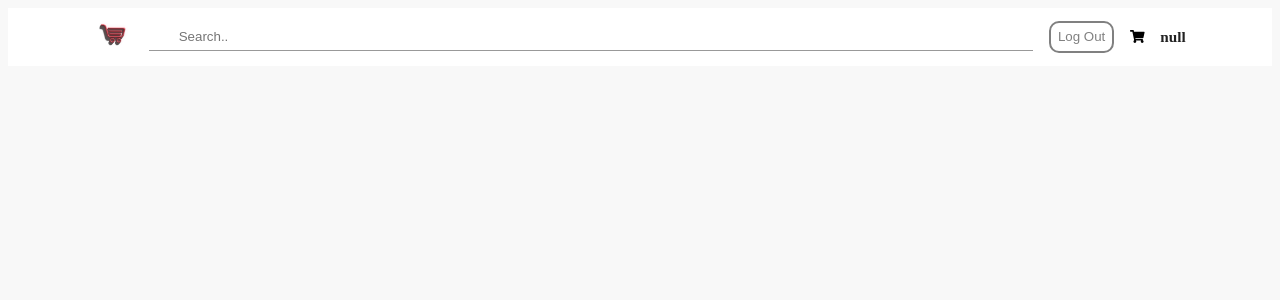
Repository: PhuongHuynh9987/Shopaholic-Ecommerce
Page: http://localhost/Shopaholic/UserServlet
An editor plug-in stored every save of this project. The page is shown before and after the next save, followed by the edit.
The browser window is 1280 px wide. The pictures show the whole page.
The page is served by Tomcat 9. Other server files are loaded and not shown. Queries for data that is not in the repository find no rows.

Above is the page before, as saved 2024-01-26 01:46:21.

### Shopaholic/src/main/webapp/WEB-INF/views/userhomepage.jsp
<%@ page language="java" contentType="text/html; charset=ISO-8859-1"
	pageEncoding="ISO-8859-1"%>
<!DOCTYPE html>
<html>
<%@page import="java.sql.*"%>
<%@ page import="java.util.*"%>
<%@ page import="shopaholicjava.*"%>

<head>
<meta charset="UTF-8">
<!-- Favicon -->
<link rel = "icon" type = "image/x-icon" href = "asset/favicon.ico"/>
<!-- Font Awesome icons (free version) -->
<script src="https://use.fontawesome.com/releases/v5.15.4/js/all.js" crossorigin = "anonymous"></script>
<!--Google fonts  -->
<link href = "https://fonts.googleapis.com/css?family=Montserrat:400,700" rel="stylesheet" type = text/css />
<!-- Core theme CSS (bootstrap) -->
<link href = "style.css" rel="stylesheet"/>
<meta charset="ISO-8859-1">
<title>User Home Page</title>
</head>
<body>
	<div class='body'>
		<div class='navbar'>
			<div class='logo'>
				<img src="images/logo.png" alt="logo">
			</div>
			<div class='searchbar'>
				<input type="text" placeholder="Search..">
			</div>

			<div class='signin'>
				<a href="LogoutServlet"><button>Log Out</button></a>
			</div>

			<div class='cart'>
	 			<form action="EditCartServlet" method="post">
				<%	String CID = (String) request.getSession().getAttribute("CID");

				%>
					<input type="hidden" name="action" value=<%=CID%> >
					<a type="submit" ><i class="fas fa-shopping-cart"></i></a>
				</form>
			</div>
			<h3><%=session.getAttribute("UserName")%></h3>

		</div>

		<div class = 'product-area'>
			<%ArrayList<Product> products = (ArrayList<Product>) request.getAttribute("productdata");
			  Iterator<Product> items = products.iterator();

			  while (items.hasNext()){
				  Product item = items.next();
			%>
				<div class='product'>
					<div class = product-top>
						<img alt="" src= "<%=item.getImg()%>" >
						 <h4><%=item.getProductName()%></h4>
					</div>

					<div class = product-bottom>
						<div>
							<form action="AddToCartServlet" method="post">
								<input type="hidden" name="action" value= "AddToCart">
								<button type="submit" name="add" value = <%=item.getPID()%> >Add to Cart</button>
							</form>
							<%--
							 <form action="" method="post">
							 	<input type="hidden" name="action" value=<%=item.getPID()%>>
								<button type="submit">View</button>
							</form>  --%>

						</div>
						 <h3>$<%=item.getPrice()%></h3>
					</div>
				</div>
			<%}%>
			</div>


		<%-- <div align=center>
			<h1>Welcome, <%=request.getAttribute("UserName")%> to Shopaholic Home Page!</h1>
			<h2>Products Available</h2>
			<table border="1" width="500" align="center">
				<th>Product ID</th>
				<th>Product Name</th>
				<th>ProductType</th>
				<th>Price</th>
				<th>Add</th>

				<%
			ArrayList<Product> products = (ArrayList<Product>) request.getAttribute("productdata");
				for (Product p: products) {
			%>
				<tr>
					<td><%=p.getPID()%></td>
					<td><%=p.getProductName()%></td>
					<td><%=p.getProductType()%></td>
					<td>$<%=p.getPrice()%></td>
					<td><a
						href="AddToCartServlet?pid=<%=p.getPID()%>&productname=<%=p.getProductName()%>&price=<%=p.getPrice()%>">Add</a></td>

				</tr>
				<%
			}%>
			</table>
			<h3>
				<a href="ReviewServlet">Go to Reviews</a>
			</h3>
			<h3>
				<a href="EditCartServlet">Go to Cart</a>
			</h3>
		</div> --%>

	</div>
</body>
</html>

### Shopaholic/src/main/java/servlets/UserServlet.java
package servlets;
import shopaholicjava.*;

import java.io.IOException;
import java.sql.Blob;
import java.sql.Connection;
import java.sql.DriverManager;
import java.sql.PreparedStatement;
import java.sql.ResultSet;
import java.sql.SQLException;
import java.sql.Statement;
import java.util.ArrayList;
import java.util.Base64;

import javax.servlet.RequestDispatcher;
import javax.servlet.ServletException;
import javax.servlet.http.HttpServlet;
import javax.servlet.http.HttpServletRequest;
import javax.servlet.http.HttpServletResponse;
import javax.servlet.http.Part;

/**
 * Servlet implementation class UserServlet
 */
public class UserServlet extends HttpServlet {
	private static final long serialVersionUID = 1L;

    /**
     * @see HttpServlet#HttpServlet()
     */
    public UserServlet() {
        super();
    }

	/**
	 * @see HttpServlet#doPost(HttpServletRequest request, HttpServletResponse response)
	 */
	protected void doGet(HttpServletRequest request, HttpServletResponse response) throws ServletException, IOException {
		viewAllProduct(request, response);
	}

	protected void doPost(HttpServletRequest request, HttpServletResponse response) throws ServletException, IOException {
		String action = request.getParameter("action");


		if(action.equals("addReview")) {
			addReview(request,response);
		}
		else if(action.equals("review")) {
			addingReview(request,response);
		}

		else {
			viewAproduct(request,response);
		}
	}

	private void addingReview(HttpServletRequest request, HttpServletResponse response) throws ServletException, IOException {
		String PID = request.getParameter("PID");
		String description = request.getParameter("description");
		String UserName = (String) request.getAttribute("UserName");
		String ProductName = (String) request.getAttribute("ProductName");

		String query = "Insert Into Reviews "
				+ "(PID,Author,ProductName, ReviewDescription) values (?,?,?,?)";

		try (Connection con = DatabaseConnection.getConnection();
				PreparedStatement insert = con.prepareStatement(query);
				PreparedStatement getReviewId =
						con.prepareStatement("Select RID WHERE (PID = ? AND Author = ? AND ProductName = ? AND ReviewDescription = ?); ");){

				insert.setString(1, PID);
				insert.setString(2, UserName);
				insert.setString(3, ProductName);
				insert.setString(4, description);

				insert.executeUpdate();

				ResultSet rs = null;
				Review review = new Review();

				getReviewId.setString(1, PID);
				getReviewId.setString(2, UserName);
				getReviewId.setString(3, ProductName);
				getReviewId.setString(4, description);

				rs = getReviewId.executeQuery();


				while(rs.next()) {
					String RID = rs.getString("RID");
					rs.setRID(RID);


				}

//				request.setAttribute("RID",PID);
//				request.setAttribute("ProductName",product.getProductName());
//				request.setAttribute("ProductType", product.getProductType());
//				request.setAttribute("price", product.getPrice());
//				request.setAttribute("Img", product.getImg());
//				request.setAttribute("product", product);


				RequestDispatcher rd = request.getRequestDispatcher("/WEB-INF/views/review.jsp");
			    rd.forward(request, response);

		}catch (SQLException e) {
			e.printStackTrace();
		}
	}

	private void addReview(HttpServletRequest request, HttpServletResponse response) throws ServletException, IOException {
		String PID = request.getParameter("PID");

		try (Connection con = DatabaseConnection.getConnection();
			PreparedStatement s = con.prepareStatement("SELECT * FROM Products where PID = ?");){

			s.setString(1, PID);
			ResultSet resultSet = s.executeQuery();
			Product product = new Product();

			while(resultSet.next()) {

				String ProductName = resultSet.getString("ProductName");
				String price = resultSet.getString("Price");
				Float Price = Float.valueOf(price);
				String ProductType = resultSet.getString("ProductType");
				String Img = resultSet.getString("Img");

				product.setPID(PID);
				product.setProductName(ProductName);
				product.setProductType(ProductType);
				product.setPrice(Price);
				product.setImg(Img);

			}

			request.setAttribute("PID",PID);
			request.setAttribute("ProductName",product.getProductName());
			request.setAttribute("ProductType", product.getProductType());
			request.setAttribute("price", product.getPrice());
			request.setAttribute("Img", product.getImg());
			request.setAttribute("product", product);


			RequestDispatcher rd = request.getRequestDispatcher("/WEB-INF/views/review.jsp");
		    rd.forward(request, response);

//		String RID = request.getParameter("RID");
//      	String PID = request.getParameter("PID");
//      	String Author = request.getParameter("Author");
//        String ProductName = request.getParameter("ProductName");
//        String Description = request.getParameter("Description");
//        String Star = request.getParameter("Star");
//
//        try (Connection con = DatabaseConnection.getConnection();) {
//            // Insert the new product into the Products table
//            String insertQuery = "INSERT INTO Reviews (RID, PID, Author, ProductName, ReviewDescription, Stars) VALUES (?, ?, ?, ?, ?, ?)";
//            try (PreparedStatement insertStatement = con.prepareStatement(insertQuery)) {
//            	insertStatement.setString(1, RID);
//                insertStatement.setString(2, PID);
//                insertStatement.setString(3, Author);
//                insertStatement.setString(4, ProductName);
//                insertStatement.setString(5, Description);
//                insertStatement.setString(6, Star);
//                insertStatement.executeUpdate();
//
//                // Get the auto-generated product ID
////                ResultSet generatedKeys = insertStatement.getGeneratedKeys();
////                int productId = -1;
////                if (generatedKeys.next()) {
////                    productId = generatedKeys.getInt(1);
////                }
//            }
//            catch (SQLException e) {
//            	RequestDispatcher dispatcher = request.getRequestDispatcher("/WEB-INF/views/addreviewerror.jsp");
//    			dispatcher.forward(request, response);
//            }
//
//		response.sendRedirect("ReviewServlet");
//        }
//        catch (SQLException e) {
//        	RequestDispatcher dispatcher = request.getRequestDispatcher("/WEB-INF/views/addreviewerror.jsp");
//			dispatcher.forward(request, response);
//        }

		}catch (SQLException e) {
			e.printStackTrace();
		}
	}

	private void viewAproduct(HttpServletRequest request, HttpServletResponse response) throws ServletException, IOException {
		String PID = request.getParameter("action");

		try (Connection con = DatabaseConnection.getConnection();
				PreparedStatement s = con.prepareStatement("SELECT * FROM Products where PID = ?");){

			s.setString(1, PID);
			ResultSet resultSet = s.executeQuery();
			Product product = new Product();

			while(resultSet.next()) {

				String ProductName = resultSet.getString("ProductName");
				String price = resultSet.getString("Price");
				Float Price = Float.valueOf(price);
				String ProductType = resultSet.getString("ProductType");
				String Img = resultSet.getString("Img");

				product.setPID(PID);
				product.setProductName(ProductName);
				product.setProductType(ProductType);
				product.setPrice(Price);
				product.setImg(Img);

			}

			request.setAttribute("PID",PID);
			request.setAttribute("ProductName",product.getProductName());
			request.setAttribute("ProductType", product.getProductType());
			request.setAttribute("price", product.getPrice());
			request.setAttribute("Img", product.getImg());
			request.setAttribute("product", product);


			RequestDispatcher rd = request.getRequestDispatcher("/WEB-INF/views/viewproductinfo.jsp");
		    rd.forward(request, response);

		}
		catch (SQLException e) {
			e.printStackTrace();
		}
	}

	private void viewAllProduct(HttpServletRequest request, HttpServletResponse response) throws ServletException, IOException {
		String UID = (String) request.getSession().getAttribute("UID");
		String UserName = (String) request.getSession().getAttribute("UserName");
		String CID = (String) request.getSession().getAttribute("CID");

		try {
			ArrayList<Product> products = new ArrayList<Product>();
			try (Connection con = DatabaseConnection.getConnection();
					Statement s = con.createStatement();
					ResultSet resultSet = s.executeQuery("SELECT * FROM Products");){

				if(resultSet.equals(null)) {
					System.out.println("resultSet is null");
				}

				while(resultSet.next()) {
					Product product = new Product();
					String PID = resultSet.getString("PID");
					String ProductName = resultSet.getString("ProductName");
					String price = resultSet.getString("Price");
					Float Price = Float.valueOf(price);
					String ProductType = resultSet.getString("ProductType");
					String Img = resultSet.getString("Img");

					product.setPID(PID);
					product.setProductName(ProductName);
					product.setProductType(ProductType);
					product.setPrice(Price);
					product.setImg(Img);
					products.add(product);

				}

				request.setAttribute("UID", UID);
				request.setAttribute("UserName", UserName);
				request.setAttribute("CID", CID);
				request.setAttribute("productdata", products);

				RequestDispatcher rd = request.getRequestDispatcher("/WEB-INF/views/userhomepage.jsp");
				rd.forward(request, response);
			}
		}
		catch (SQLException e) {
			e.printStackTrace();
		}

	}


}

### Shopaholic/src/main/java/shopaholicjava/DatabaseConnection.java
package shopaholicjava;

import java.sql.Connection;
import java.sql.DriverManager;
import java.sql.SQLException;

public class DatabaseConnection {

    private static final String DB_URL = "jdbc:mysql://localhost:3306/shopaholic";
    private static final String DB_USERNAME = "root";
    private static final String DB_PASSWORD = "";

    private static Connection connection;

    /**
     * Establishes a database connection.
     *
     * @return The Connection object representing the database connection.
     * @throws SQLException If a database access error occurs.
     */
    public static Connection getConnection() throws SQLException {
        if (connection == null || connection.isClosed()) {
            try {
                // Load the MySQL JDBC driver
                Class.forName("com.mysql.cj.jdbc.Driver");
                // Create a new connection using the DriverManager
                connection = DriverManager.getConnection(DB_URL, DB_USERNAME, DB_PASSWORD);
            } catch (ClassNotFoundException e) {
                e.printStackTrace();
            }
        }
        return connection;
    }

    /**
     * Closes the database connection.
     *
     * @throws SQLException If a database access error occurs.
     */
    public static void closeConnection() throws SQLException {
        if (connection != null && !connection.isClosed()) {
            connection.close();
        }
    }
}

### Shopaholic/src/main/webapp/style.css
@charset "UTF-8";

/* input, select, textarea {
  outline: none;
  appearance: unset !important;
  -moz-appearance: unset !important;
  -webkit-appearance: unset !important;
  -o-appearance: unset !important;
  -ms-appearance: unset !important; } */


 /* Global */
html {
	box-sizing: border-box;
	margin: 0;
	padding:0;
	width:100%;
}

a{
  color : black;
}


button {
   padding: 0.4rem;
   border: 2px solid grey;
   background: #fff;
   color: grey;
   border-radius: 10px;
  }

figure {
  margin-bottom: 50px;
  text-align: center; }

img {
  max-width: 100%;
  height: auto; }


.main {
  padding: 50px 0;
}

body {
  font-size: 13px;
  line-height: 1.8;
  color: #222;
  background: #f8f8f8;
  font-weight: 400;
  font-family: Poppins;
  }

 input, select, textarea {
  	outline: none;
  }




  /* Nav Bar */
 .navbar {
  display: flex;
  background: #fff;
  gap: 1rem;
  justify-content: center;
  align-items: center;
  width:100%;
 }

 .logo img {
 	width: 2.4rem;
 	margin:0;
 	padding:0;
 }

 .logo {
  overflow: fit-content;
 }

 .searchbar {
  width: 70%;
 }



  /* Body for sign up and log in*/
 .container {
 	width: 900px;
 	background: #fff;
 	margin: 0 auto;
 }

 .signin-content, .signup-content {
  display: flex;
  display: -webkit-flex;
  padding-top: 67px;
  padding-bottom: 87px;
 }

.signin-image, .signup-image {
	width: 50%;
	overflow:hidden;
  	margin-top: 10px;
}

.signin-form {
  margin-right: 15rem;
  }

.signup-form {
   margin-left: 10rem;
 }

 #signin {
  margin-top: 16px;
 }

 .signin-image-link,
 .signup-image-link {
  font-size: 14px;
  color: #222;
  display: block;
  text-align: center;
 }

/* label {
  position: absolute;
  left: 0;
  top: 50%;
  color: #222;
 }  */


 input {
  width: 100%;
  display: block;
  border: none;
  border-bottom: 1px solid #999;
  padding: 6px 30px;
  box-sizing: border-box;
}

.form-button {
  text-align: center; }


.form-submit {
  display: inline-block;
  background: #6dabe4;
  color: #fff;
  border-bottom: none;
  width: auto;
  padding: 5px 39px;
  border-radius: 5px;
  -moz-border-radius: 5px;
  -webkit-border-radius: 5px;
  -o-border-radius: 5px;
  -ms-border-radius: 5px;
  margin-top: 25px;
  cursor: pointer; }

.form-submit:hover {
   background: #4292dc; }



  /* User home page */

  .product-area {
   display: grid;
  	grid-template-columns: 1.5fr 1.5fr 1.5fr;
  	margin:4rem;
  	gap: 2rem;
  }

  .product {
  	box-shadow: 0 0.1px  1px  0.03px grey;
  	padding: 10px;
  	text-align: center;
  }

  .product img {
  	 width: 1.5fr;
  	/* width: 12rem; */
  	height: 10rem;
  	overflow: hidden;
  }

  .product-bottom {
  	display:flex;
  	justify-content: center;
  	align-items: center;
  	justify-content:space-between;

  }

  /* Merchants */
.body {
  display: flex;
  flex-direction: column;
  justify-content: center;
  align-items:center;
  width: auto;
  }

After the next save:
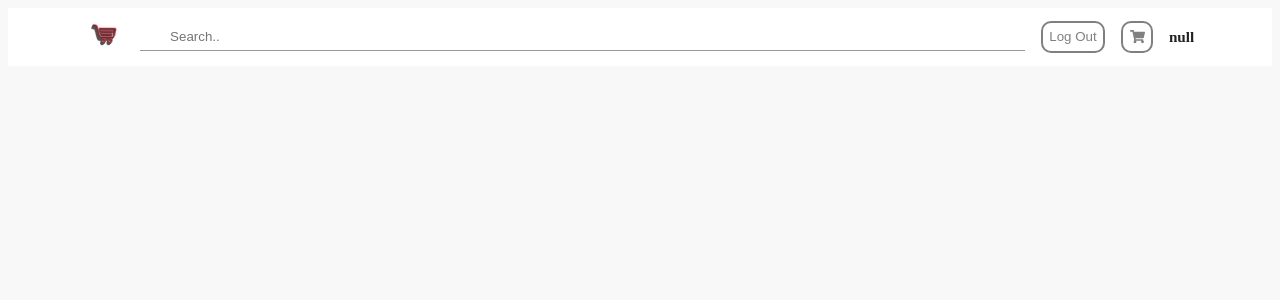
Saved 23 s later.
--- a/Shopaholic/src/main/webapp/WEB-INF/views/userhomepage.jsp
+++ b/Shopaholic/src/main/webapp/WEB-INF/views/userhomepage.jsp
@@ -39,7 +39,7 @@
 
 				%>
 					<input type="hidden" name="action" value=<%=CID%> >
-					<a type="submit" ><i class="fas fa-shopping-cart"></i></a>
+					<button type="submit" ><i class="fas fa-shopping-cart"></i></button>
 				</form>
 			</div>
 			<h3><%=session.getAttribute("UserName")%></h3>
